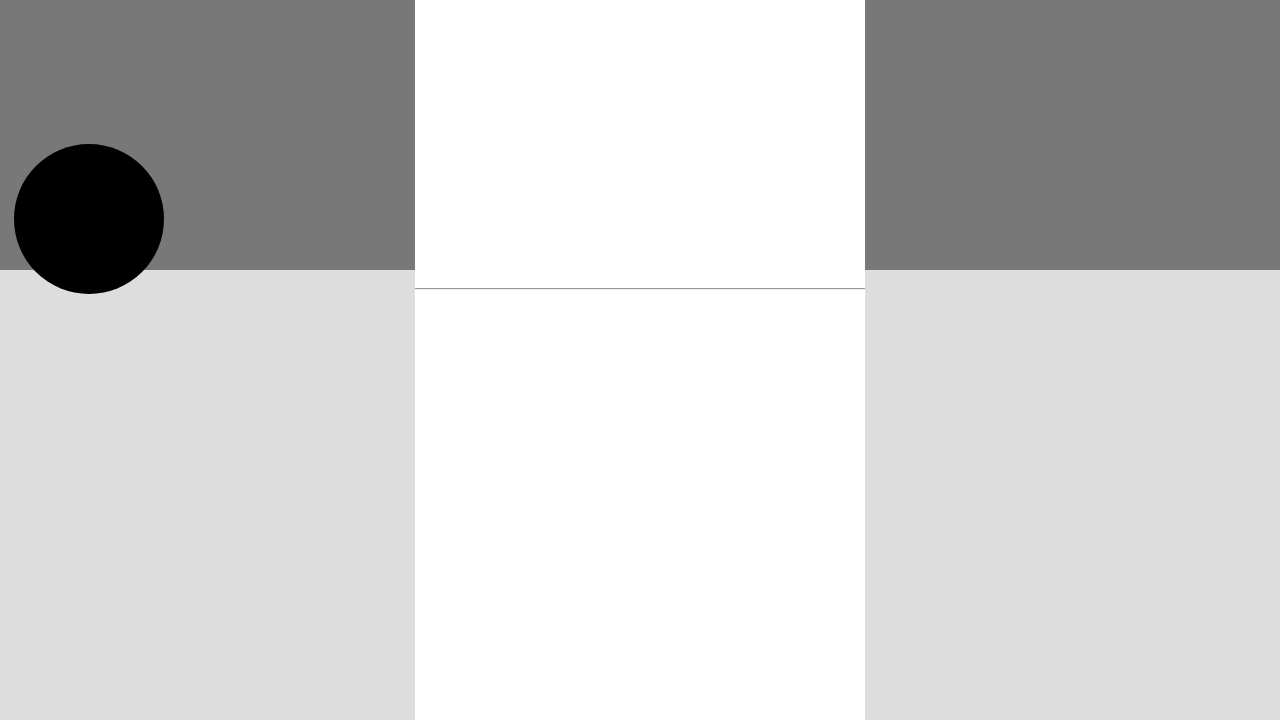
Repository: Jennica1/Frontend-Final
Page: index.html
These files come from the project's save history. The page is drawn as it stood at one moment and after the next save; the edit follows.
The browser window is 1280 px wide. The pictures show the whole page.

Above is the page before, as saved 2024-05-09 21:10:24.

### index.html
<!DOCTYPE html>
<html lang="en">

<head>
  <title>My Blog!!</title>
  <meta charset="UTF-8">
  <meta name="viewport" content="width=device-width, initial-scale=1">
  <link rel="stylesheet" href="style.css">

<body>

  <!-- Header -->
  <header class="header">
    <li>
      <p>Recent Posts</p>
      <p>Top 3 Cuties X333</p>
      <p>My Fav Animes!!</p>
    </li>
  </header>

  <!--Side Nav Left-->
  <div class="sidebar-left">
    <img src="images/Ellipse 1.svg" class="profile" width="150px" />
    <img src="images/Rectangle 2.svg" class="background-photo" />
  </div>

   <!--Side Nav Right-->
   <div class="sidebar-right">
    <img src="images/Rectangle 2.svg" class="background-photo" />
  </div>


  <!-- Overlay effect when opening sidebar on small screens -->
  <div class="" onclick="w3_close()" style="" title="" id="myOverlay"></div>

  <!-- !PAGE CONTENT! -->
  <div class="" style="">

    <!-- Push down content on small screens -->
    <div class="" style=""></div>

    <!-- Photo grid -->
    <div class="">
      <div class="w3-third">
        <img src="" style="width:100%" onclick="onClick(this)" alt="">
        <img src="" style="width:100%" onclick="onClick(this)" alt="">
        <img src="" style="width:100%" onclick="onClick(this)" alt="">
      </div>

      <div class="">
        <img src="" style="width:100%" onclick="onClick(this)" alt="">
        <img src="" style="width:100%" onclick="onClick(this)" alt="">
        <img src="" style="width:100%" onclick="onClick(this)" alt="">
      </div>

      <div class="">
        <img src="" style="width:100%" onclick="onClick(this)" alt="">
        <img src="" style="width:100%" onclick="onClick(this)" alt="">
        <img src="" style="width:100%" onclick="onClick(this)" alt="">
      </div>
    </div>

    <!-- Pagination -->
    <div class="">
      <div class="">
        <a href="#" class="">«</a>
        <a href="#" class="">1</a>
        <a href="#" class="">2</a>
        <a href="#" class="">3</a>
        <a href="#" class="">4</a>
        <a href="#" class="">»</a>
      </div>
    </div>

    <!-- Modal for full size images on click-->
    <div id="modal01" class="" style="" onclick="this.style.display='none'">
      <span class="">×</span>
      <div class="">
        <img id="" class="">
        <p id="caption"></p>
      </div>
    </div>

    <!-- About section -->
    <div class="" id="about">
      <h4><b>About Me</b></h4>
      <img src="" alt="Me" class="" width="600" height="650">
      <div class="" style="">
        <h4>My Name</h4>
        <p>Some text about me. I love taking photos of PEOPLE.
        </p>
        <p>mail: example@example.com</p>
        <p>tel: 5353 35531</p>
        <hr class="">

        <!-- Footer -->
        </footer>

        <div class="w3-black w3-center w3-padding-24">Powered by <a href="https://www.w3schools.com/w3css/default.asp"
            title="W3.CSS" target="_blank" class="w3-hover-opacity">w3.css</a></div>

        <!-- End page content -->
      </div>

      <script>
        function w3_open() {
          document.getElementById("mySidebar").style.display = "block";
          document.getElementById("myOverlay").style.display = "block";
        }

        function w3_close() {
          document.getElementById("mySidebar").style.display = "none";
          document.getElementById("myOverlay").style.display = "none";
        }

        // Modal Image Gallery
        function onClick(element) {
          document.getElementById("img01").src = element.src;
          document.getElementById("modal01").style.display = "block";
          var captionText = document.getElementById("caption");
          captionText.innerHTML = element.alt;
        }
      </script>


</body>

</html>

### style.css
* {
  margin: 0;
  padding: 0;
}

.sidebar-wrapper {
  display: flex;
  width: 100%;
}

.sidebar-left {
  width: 415px;
  height: 1980px;
  background-color: rgb(221, 221, 221);
  z-index: 0;
  position: fixed;
  left: 0;
  top: 0;
}

.profile {
  z-index: 1;
  position: absolute;
  margin-top: 20vh;
  margin-left: 2vh;
}

.background-photo {
  z-index: 0;
  position: absolute;
}

.sidebar-right {
  width: 415px;
  height: 1980px;
  background-color: rgb(221, 221, 221);
  z-index: 0;
  right: 0;
  position: fixed;
  right: 0;
  top: 0;
}

After the next save:
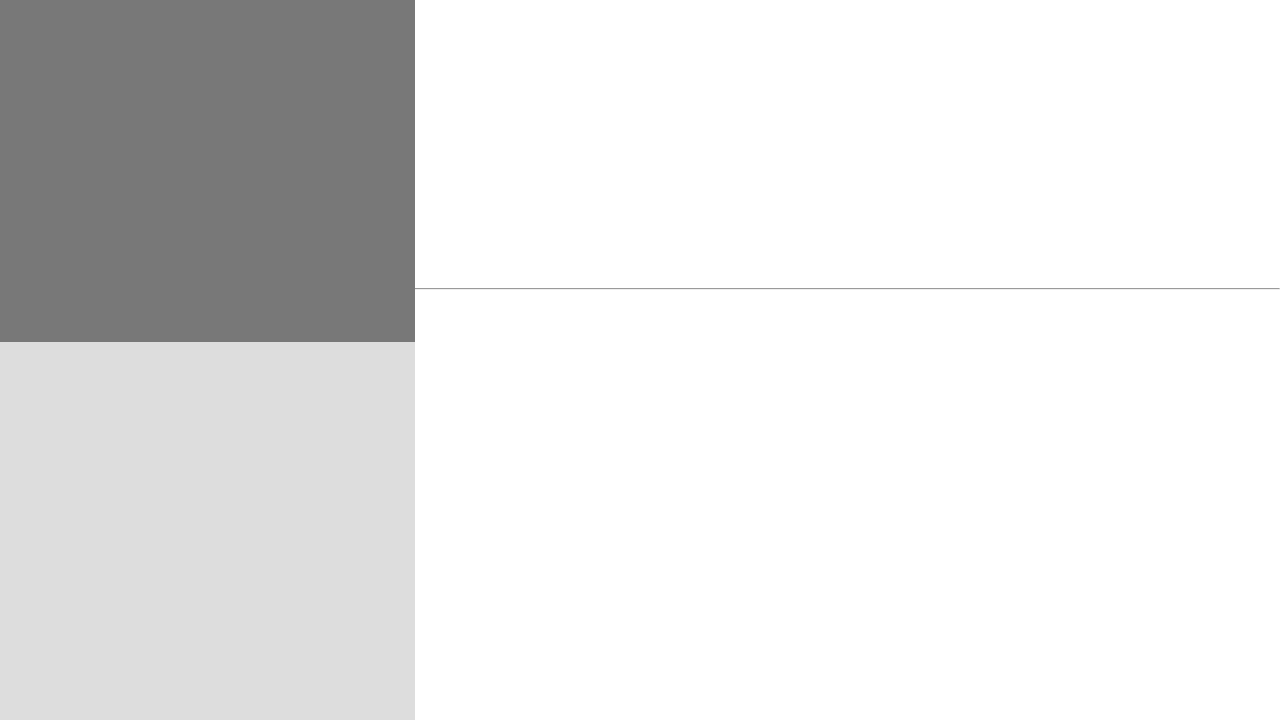
Saved 9 s later.
--- a/style.css
+++ b/style.css
@@ -29,14 +29,3 @@
   z-index: 0;
   position: absolute;
 }
-
-.sidebar-right {
-  width: 415px;
-  height: 1980px;
-  background-color: rgb(221, 221, 221);
-  z-index: 0;
-  right: 0;
-  position: fixed;
-  right: 0;
-  top: 0;
-}

After the save that followed:
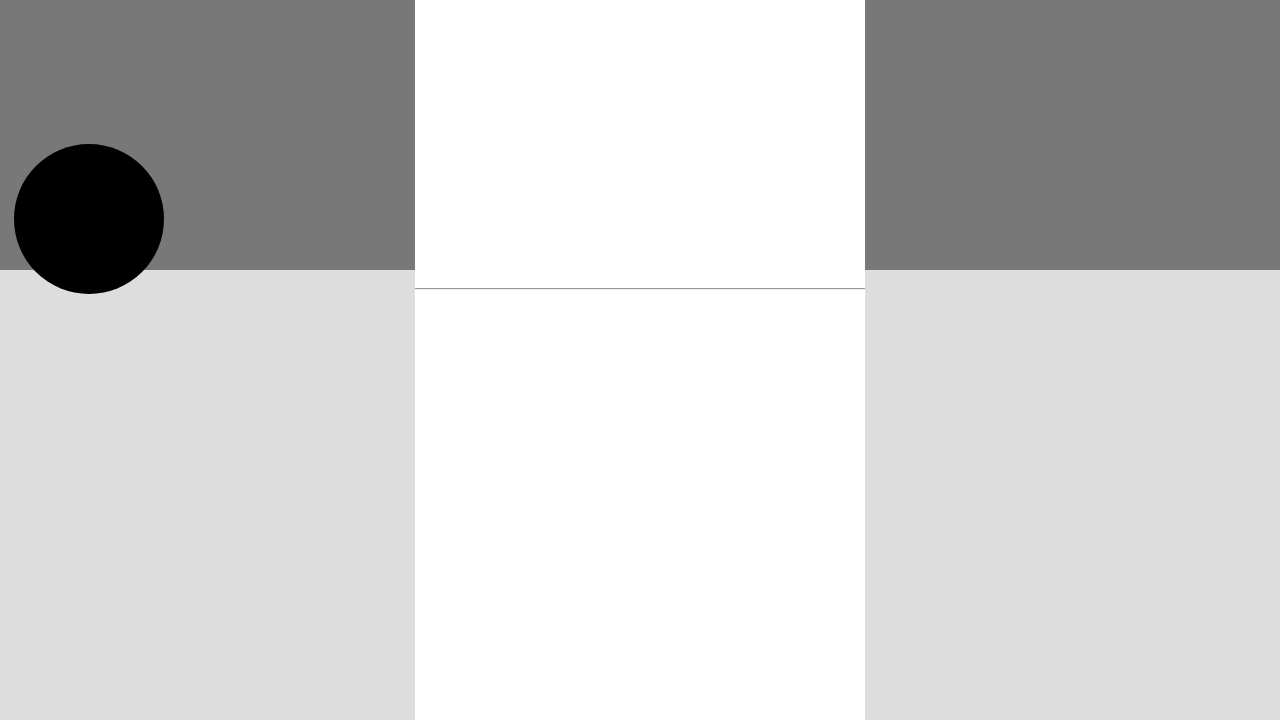
Saved 5 s later.
--- a/style.css
+++ b/style.css
@@ -29,3 +29,14 @@
   z-index: 0;
   position: absolute;
 }
+
+.sidebar-right {
+  width: 415px;
+  height: 1980px;
+  background-color: rgb(221, 221, 221);
+  z-index: 0;
+  right: 0;
+  position: fixed;
+  right: 0;
+  top: 0;
+}
